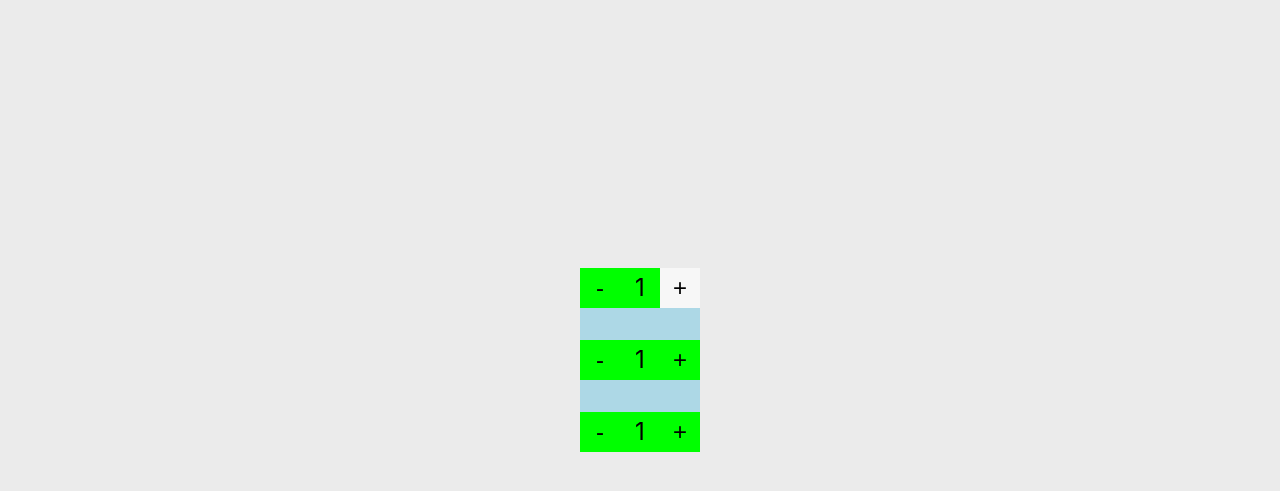
Repository: max535/test-task-netrika
Page: /
These files come from the project's save history. The page is drawn as it stood at one moment and after the next save; the edit follows.
The browser window is 1280 px wide. The pictures show the whole page.
The first visible `.Increment` is being pressed.
The project was rebuilt for these pictures with package versions that can differ from the ones it lists, and the page was loaded fresh each time.

Above is the page before, as saved 2021-10-16 07:46:18.

After the next save:
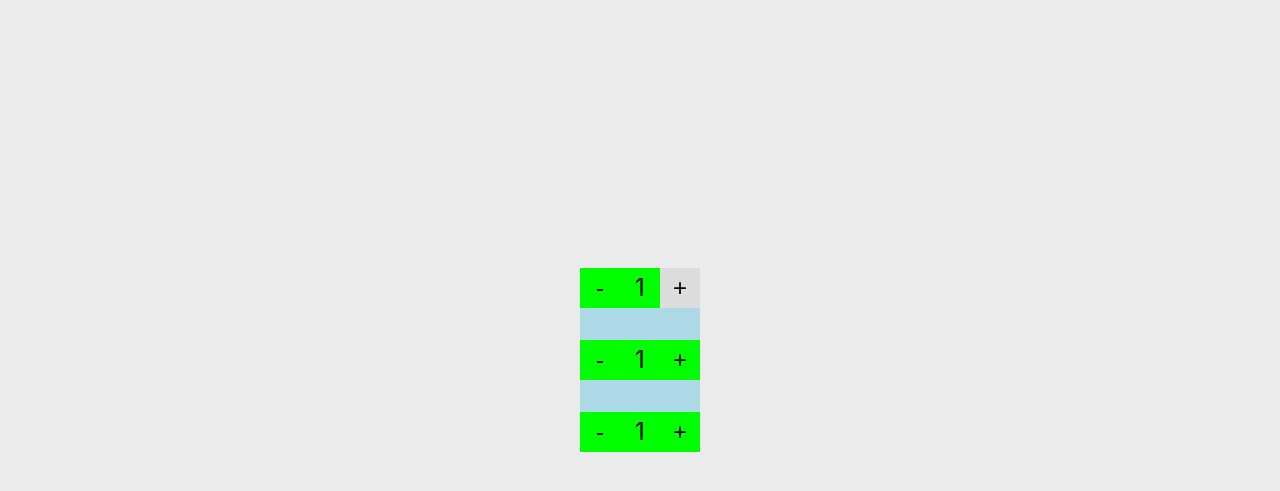
Saved 18 s later.
--- a/src/Counter/Counter.css
+++ b/src/Counter/Counter.css
@@ -35,8 +35,7 @@
 }
 
 .Increment:active, .Decrement:active {
-    background-color: #F7F7F7;
-    transition: ease-in-out .2s;
+    background-color: #DCDCDC;
 }
 
 
